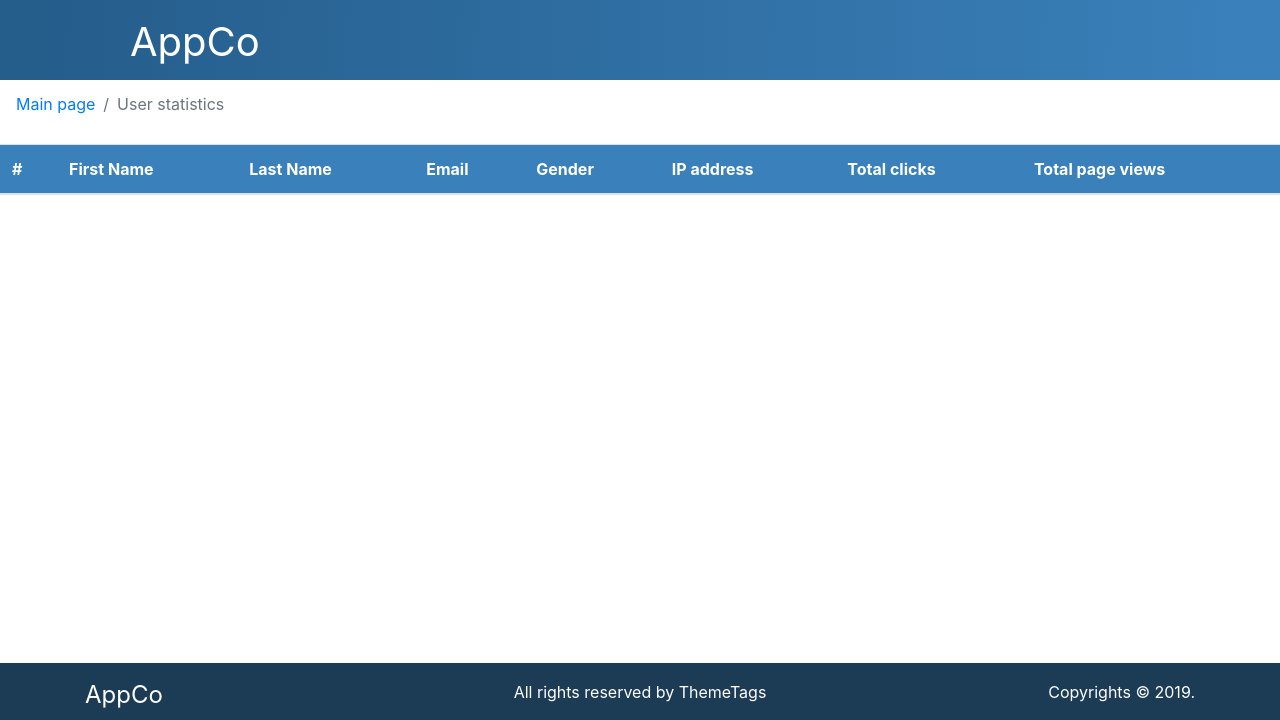
Repository: andbilous/user-statistics-app
Page: /
These files come from the project's save history. The page is drawn as it stood at one moment and after a run of saves; the edit follows.
The browser window is 1280 px wide. The pictures show the whole page.
The page's requests for data from a server got no answer. The project was rebuilt for these pictures with package versions that can differ from the ones it lists, and the page was loaded fresh each time. No one was signed in, and anything a server would have sent is missing. Also part of the build but not shown: src/components/brainstorming/index.js, src/components/reasons/reasons.scss, src/components/reasons/index.js, src/components/footer/footer.scss, src/components/footer/index.js, src/pages/Main.jsx.

Above is the page before, as saved 2020-06-22 11:33:43.

After the next 2 saves:
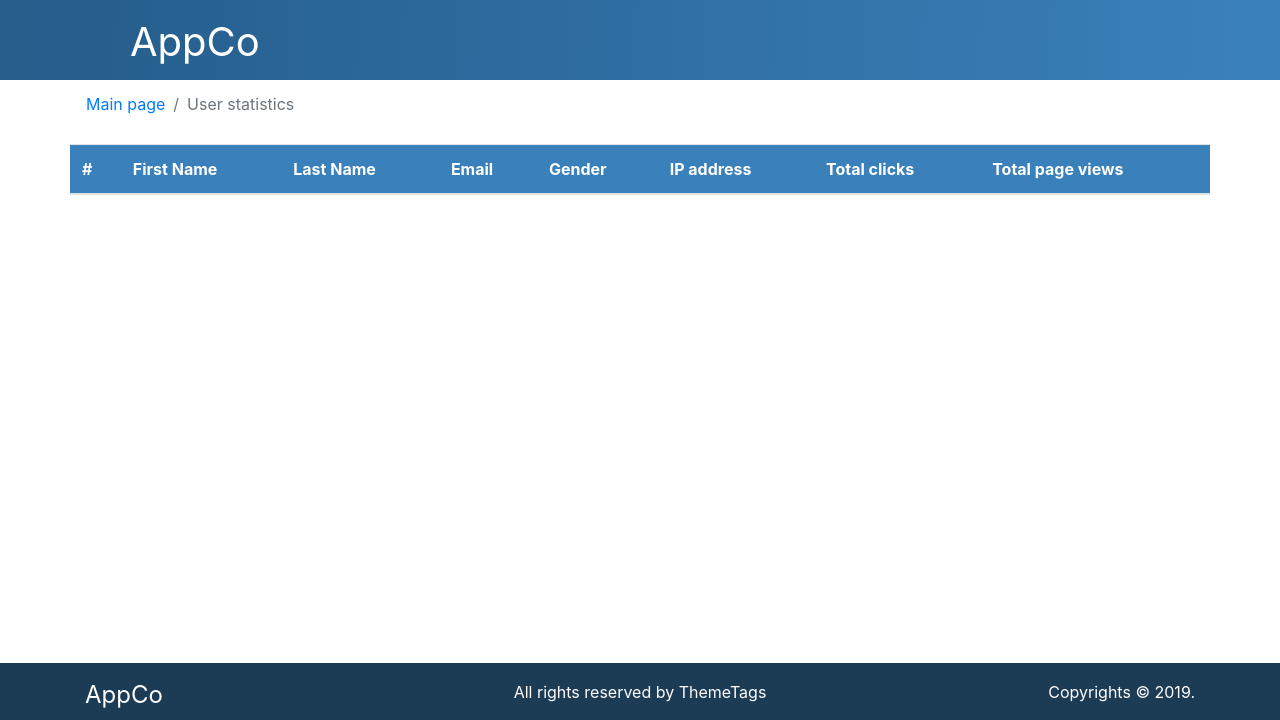
The 2 saves are shown as one change because they came seconds apart.
The last was saved 16 s later.
--- a/src/pages/Stats.jsx
+++ b/src/pages/Stats.jsx
@@ -21,9 +21,8 @@ const Stats = () => {
     <>
       <Header />
       <Container>
-        <Row></Row>
-      </Container>
-      <Breadcrumb tag="nav" listTag="div">
+        <Row>
+        <Breadcrumb tag="nav" listTag="div">
         <BreadcrumbItem tag="a" href="#">
           Main page
         </BreadcrumbItem>
@@ -64,6 +63,9 @@ const Stats = () => {
           </tbody>
         </Table>
       </section>
+        </Row>
+      </Container>
+
       <PlainFooter />
     </>
   );
